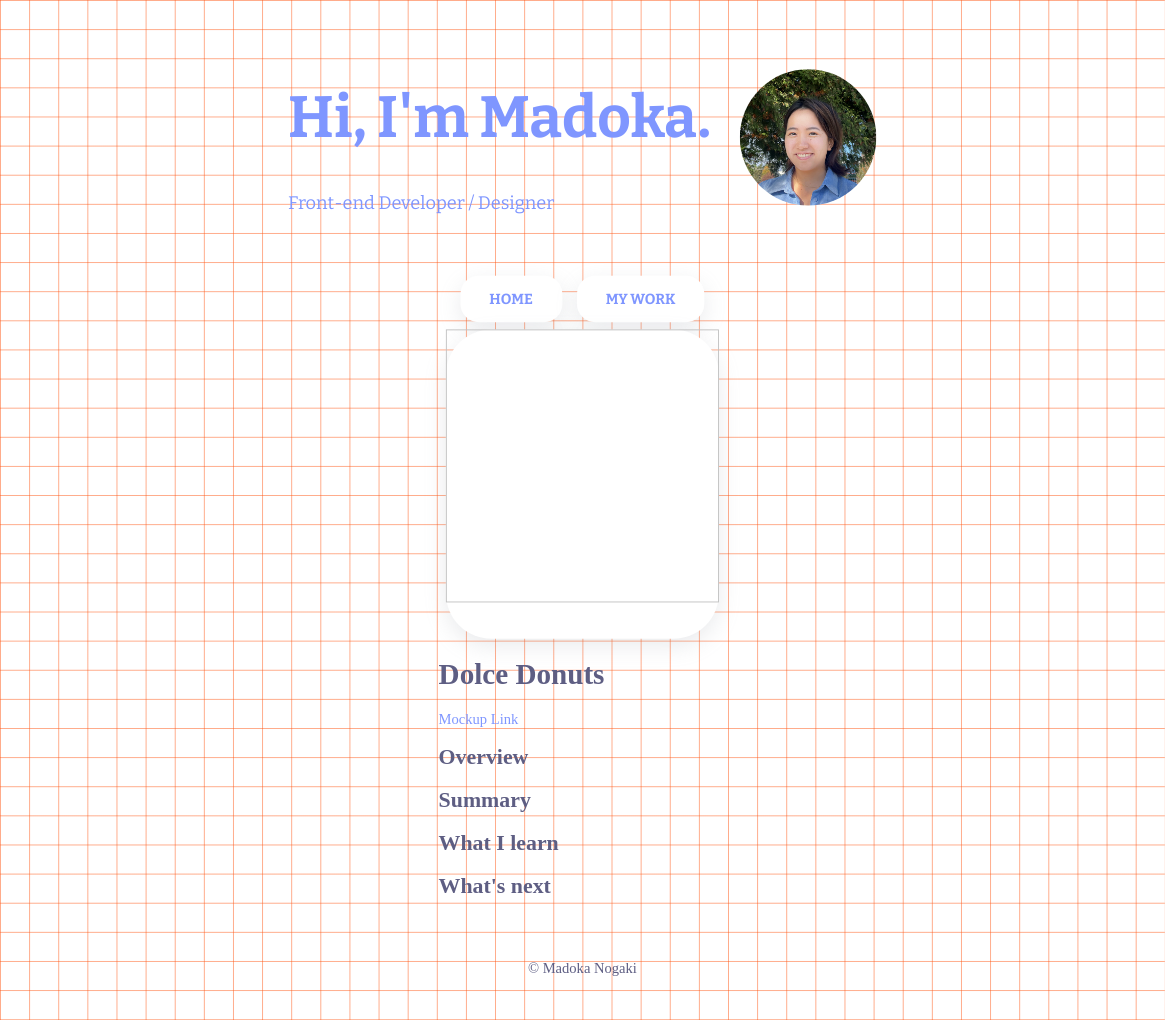
Repository: ohmaruko/portfolio
Page: /links/dolcedonuts
An editor plug-in stored every save of this project. The page is shown before and after a run of saves, followed by the edit.
The browser window is 1280 px wide. The pictures show the whole page, at 91% of full size.
The project was rebuilt for these pictures with package versions that can differ from the ones it lists, and the page was loaded fresh each time. The framework's server and built-in components were replaced by stand-ins that run in the browser. Also part of the build but not shown: next.config.mjs.

Above is the page before, as saved 2024-02-18 00:51:00.

After the next 2 saves:
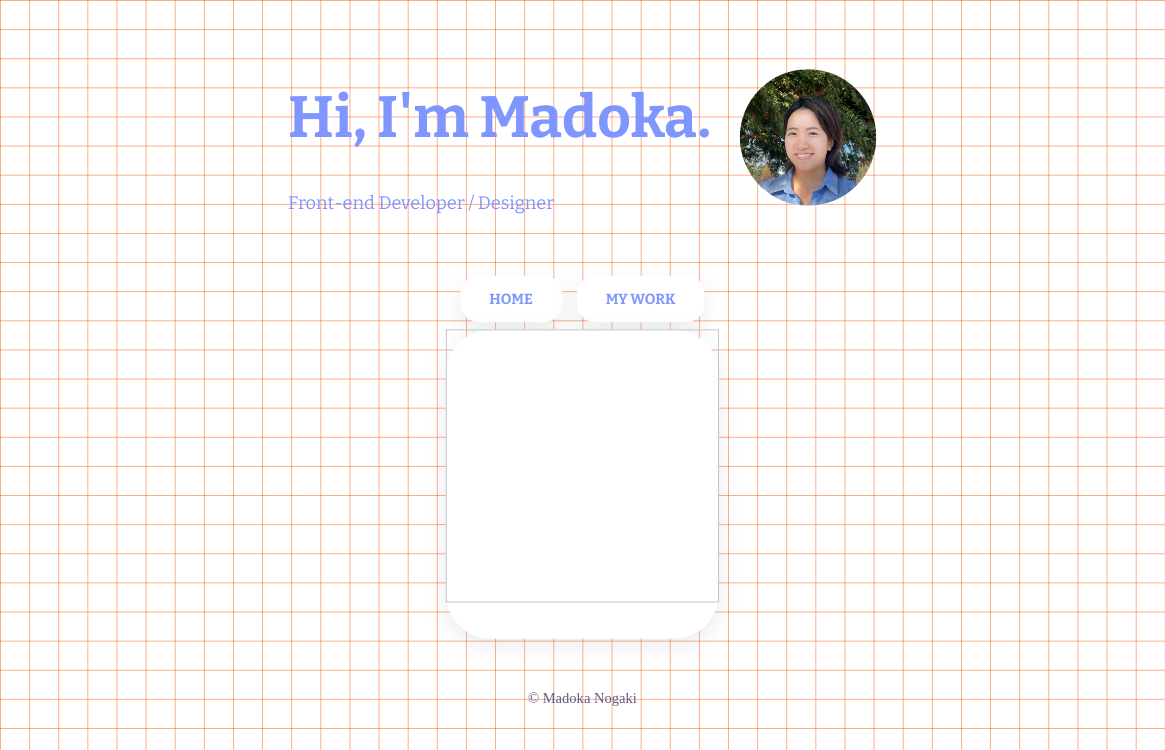
The 2 saves are shown as one change because they came seconds apart.
The last was saved 7 s later.
--- a/pages/links/dolcedonuts.js
+++ b/pages/links/dolcedonuts.js
@@ -23,16 +23,15 @@ export default function Works() {
         <main className={styles.donuts}>
           <Box2 content={
             <div>
-
-            </div>
-          }/>
-          <h1>Dolce Donuts</h1>
+              <h1>Dolce Donuts</h1>
           <Link href="https://www.figma.com/proto/l18aumka9I3yuIv8W5JcGA/DolceDonuts---SET-H?type=design&t=HifTad7UBqVbb5vI-1&scaling=scale-down-width&page-id=0%3A1&node-id=1-16&starting-point-node-id=1%3A16&mode=design"
             target='_blank' style={{textDecoration: 'none', color: 'var(--blue)'}}>Mockup Link</Link>
           <h2>Overview</h2>
           <h2>Summary</h2>
           <h2>What I learn</h2>
           <h2>What's next</h2>
+            </div>
+          }/>
         </main>
 
         <div className={styles.outerContainer}>
